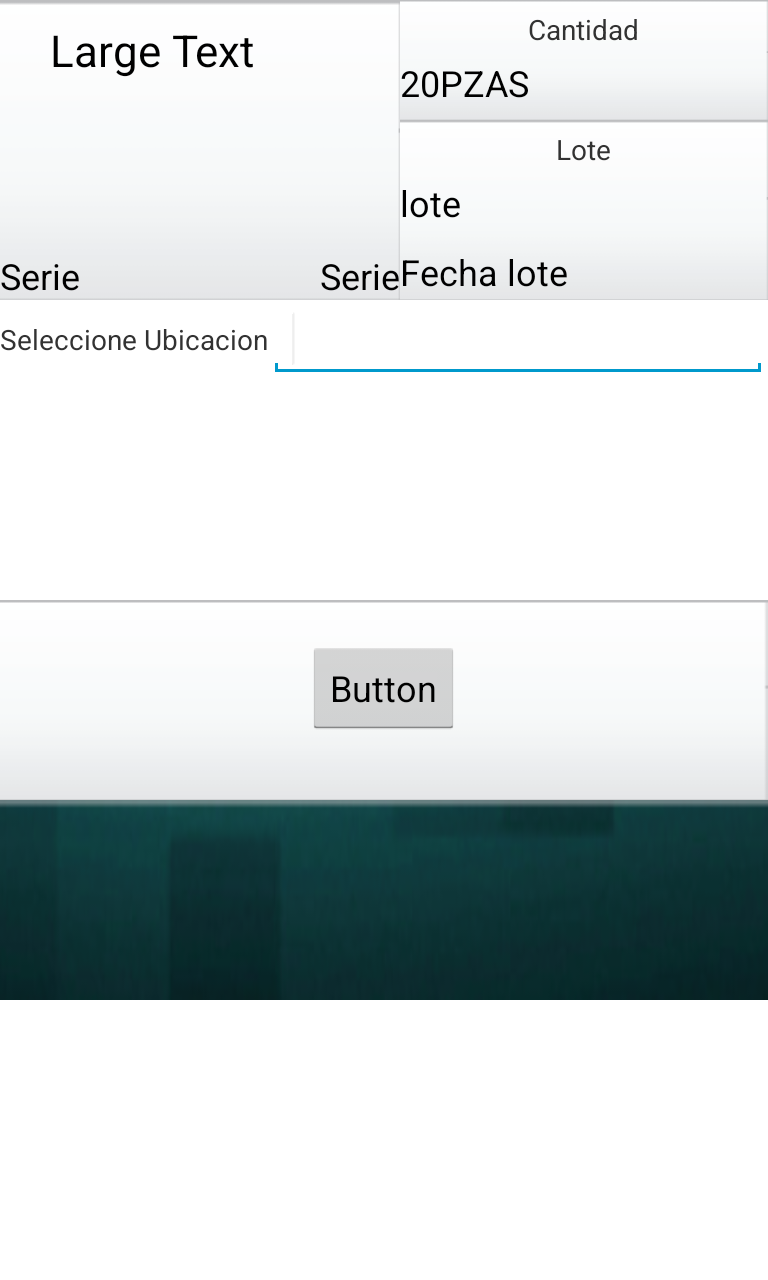
Repository: moynard/PeanutAndroid
Layout: WHSStorekeeper/res/layout/detail_arrivados.xml
The author's editor kept a copy of each file at every save. The layout is drawn from the files as they stood at one save, then again after the next save.
It is drawn on a 768 x 1280 px phone screen (xhdpi) without system bars, with theme AppTheme; the app's code is not run.

Above is the layout before, as saved 2013-07-25 01:11:40.

After the next save:
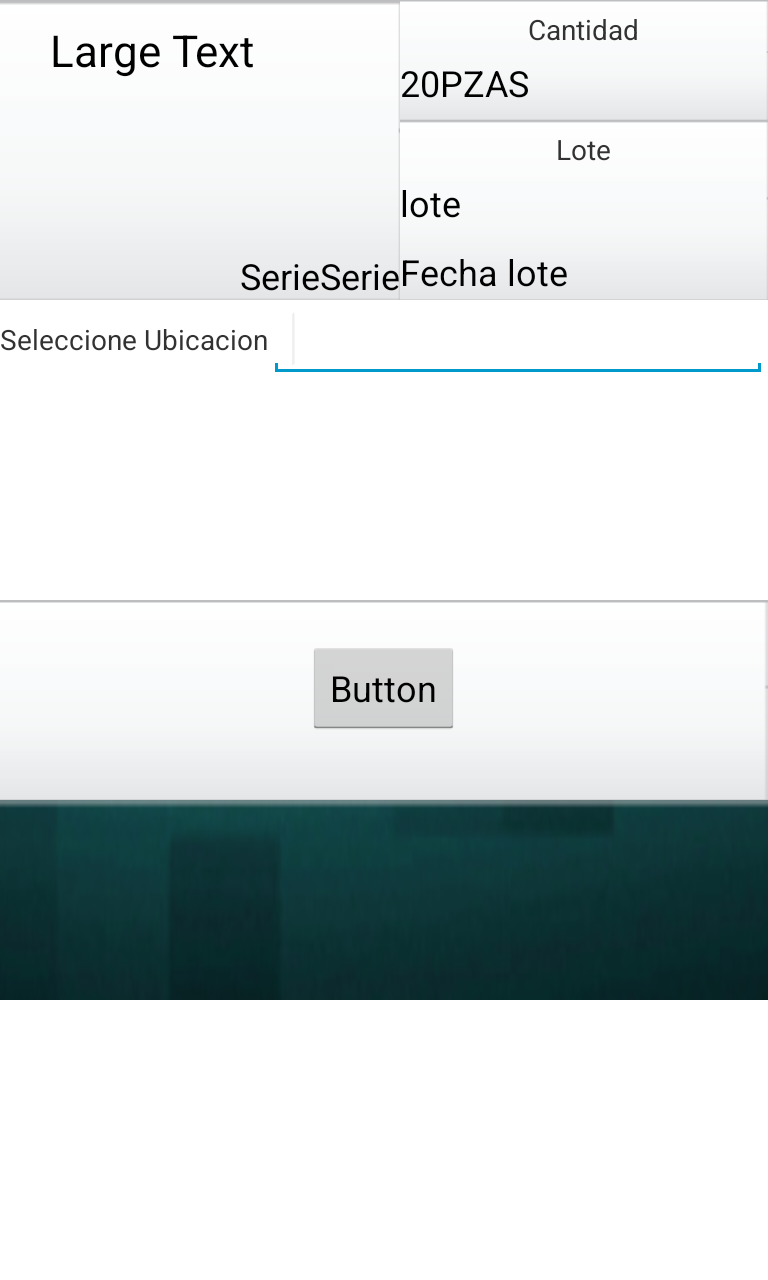
Saved 22 s later.
--- a/WHSStorekeeper/res/layout/detail_arrivados.xml
+++ b/WHSStorekeeper/res/layout/detail_arrivados.xml
@@ -30,6 +30,7 @@
                     android:layout_height="wrap_content"
                     android:layout_alignParentBottom="true"
                     android:text="Serie"
+                    android:layout_toLeftOf="@+id/txtSerie"
                     android:textAppearance="?android:attr/textAppearanceMedium" />
                 <TextView
                     android:id="@+id/txtSerie"
